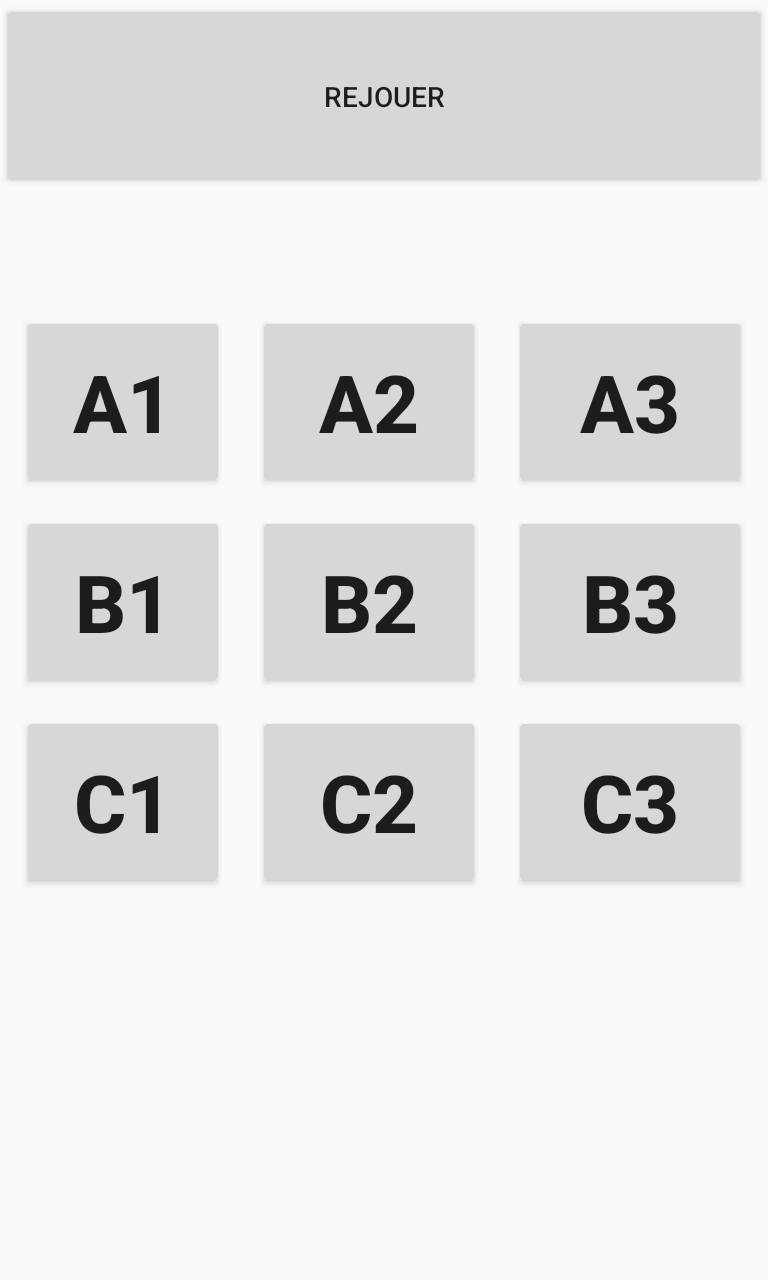
Repository: chakrinamo/Projet_S4_TicTacToe
Layout: Tic_Tac_Toe/res/layout/activity_main.xml
These files come from the project's save history. The layout is drawn as it stood at one moment and after the next save; the edit follows.
It is drawn on a 768 x 1280 px phone screen (xhdpi) without system bars, with theme AppTheme; the app's code is not run.

Above is the layout before, as saved 2015-02-24 06:10:29.

After the next save:
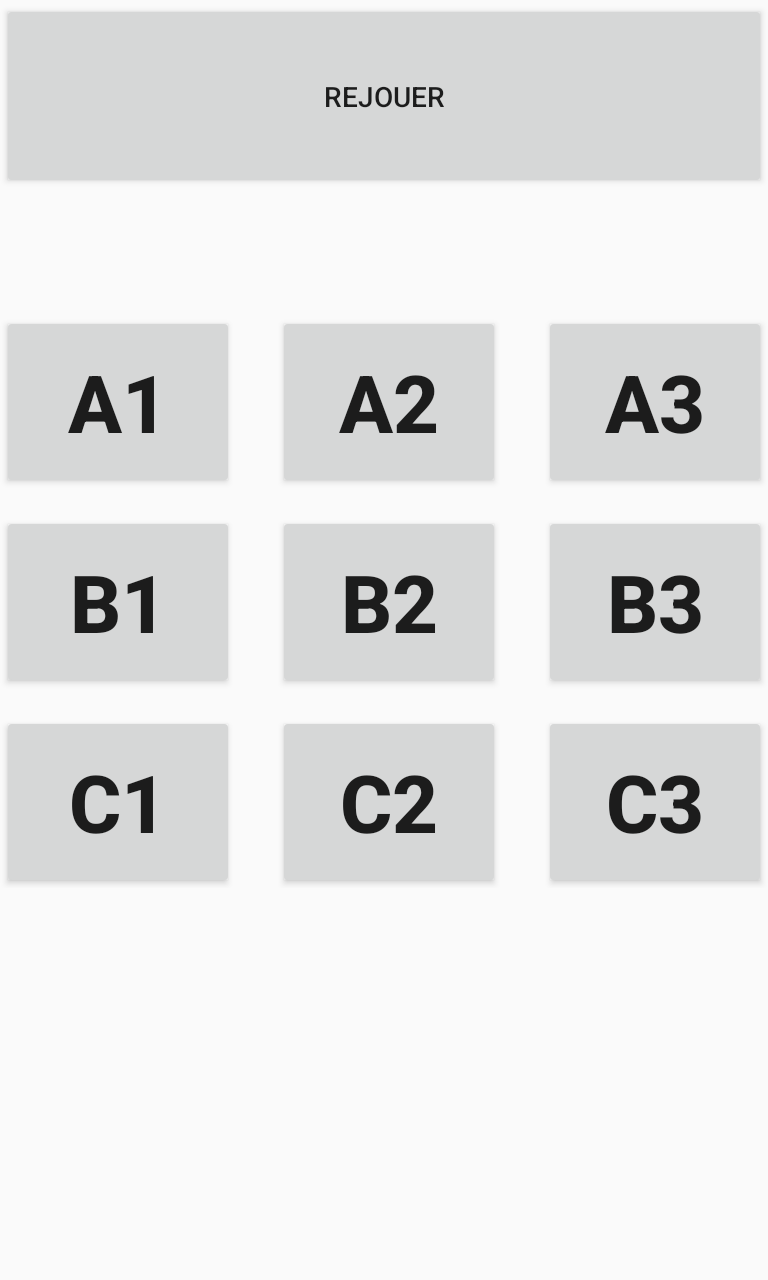
Saved 9 min 38 s later.
--- a/Tic_Tac_Toe/res/layout/activity_main.xml
+++ b/Tic_Tac_Toe/res/layout/activity_main.xml
@@ -29,8 +29,7 @@
             android:id="@+id/A1"
             android:layout_width="fill_parent"
             android:layout_height="90dp"
-            android:layout_marginLeft="10dp"
-            android:layout_marginRight="15dp"
+            android:layout_marginRight="10dp"
             android:layout_weight="1"
             android:text="A1"
             android:textSize="40dp"
@@ -40,7 +39,8 @@
             android:id="@+id/A2"
             android:layout_width="fill_parent"
             android:layout_height="90dp"
-            android:layout_marginRight="15dp"
+            android:layout_marginLeft="10dp"
+            android:layout_marginRight="5dp"
             android:layout_weight="1"
             android:text="A2"
             android:textSize="40dp"
@@ -50,7 +50,7 @@
             android:id="@+id/A3"
             android:layout_width="fill_parent"
             android:layout_height="90dp"
-            android:layout_marginRight="10dp"
+            android:layout_marginLeft="15dp"
             android:layout_weight="1"
             android:text="A3"
             android:textSize="40dp"
@@ -68,8 +68,7 @@
             android:id="@+id/B1"
             android:layout_width="fill_parent"
             android:layout_height="90dp"
-            android:layout_marginLeft="10dp"
-            android:layout_marginRight="15dp"
+            android:layout_marginRight="10dp"
             android:layout_weight="1"
             android:text="B1"
             android:textSize="40dp"
@@ -79,7 +78,8 @@
             android:id="@+id/B2"
             android:layout_width="fill_parent"
             android:layout_height="90dp"
-            android:layout_marginRight="15dp"
+            android:layout_marginLeft="10dp"
+            android:layout_marginRight="5dp"
             android:layout_weight="1"
             android:text="B2"
             android:textSize="40dp"
@@ -89,7 +89,7 @@
             android:id="@+id/B3"
             android:layout_width="fill_parent"
             android:layout_height="90dp"
-            android:layout_marginRight="10dp"
+            android:layout_marginLeft="15dp"
             android:layout_weight="1"
             android:text="B3"
             android:textSize="40dp"
@@ -107,8 +107,7 @@
             android:id="@+id/C1"
             android:layout_width="fill_parent"
             android:layout_height="90dp"
-            android:layout_marginLeft="10dp"
-            android:layout_marginRight="15dp"
+            android:layout_marginRight="10dp"
             android:layout_weight="1"
             android:text="C1"
             android:textSize="40dp"
@@ -118,7 +117,8 @@
             android:id="@+id/C2"
             android:layout_width="fill_parent"
             android:layout_height="90dp"
-            android:layout_marginRight="15dp"
+            android:layout_marginLeft="10dp"
+            android:layout_marginRight="5dp"
             android:layout_weight="1"
             android:text="C2"
             android:textSize="40dp"
@@ -128,7 +128,7 @@
             android:id="@+id/C3"
             android:layout_width="fill_parent"
             android:layout_height="90dp"
-            android:layout_marginRight="10dp"
+            android:layout_marginLeft="15dp"
             android:layout_weight="1"
             android:text="C3"
             android:textSize="40dp"
